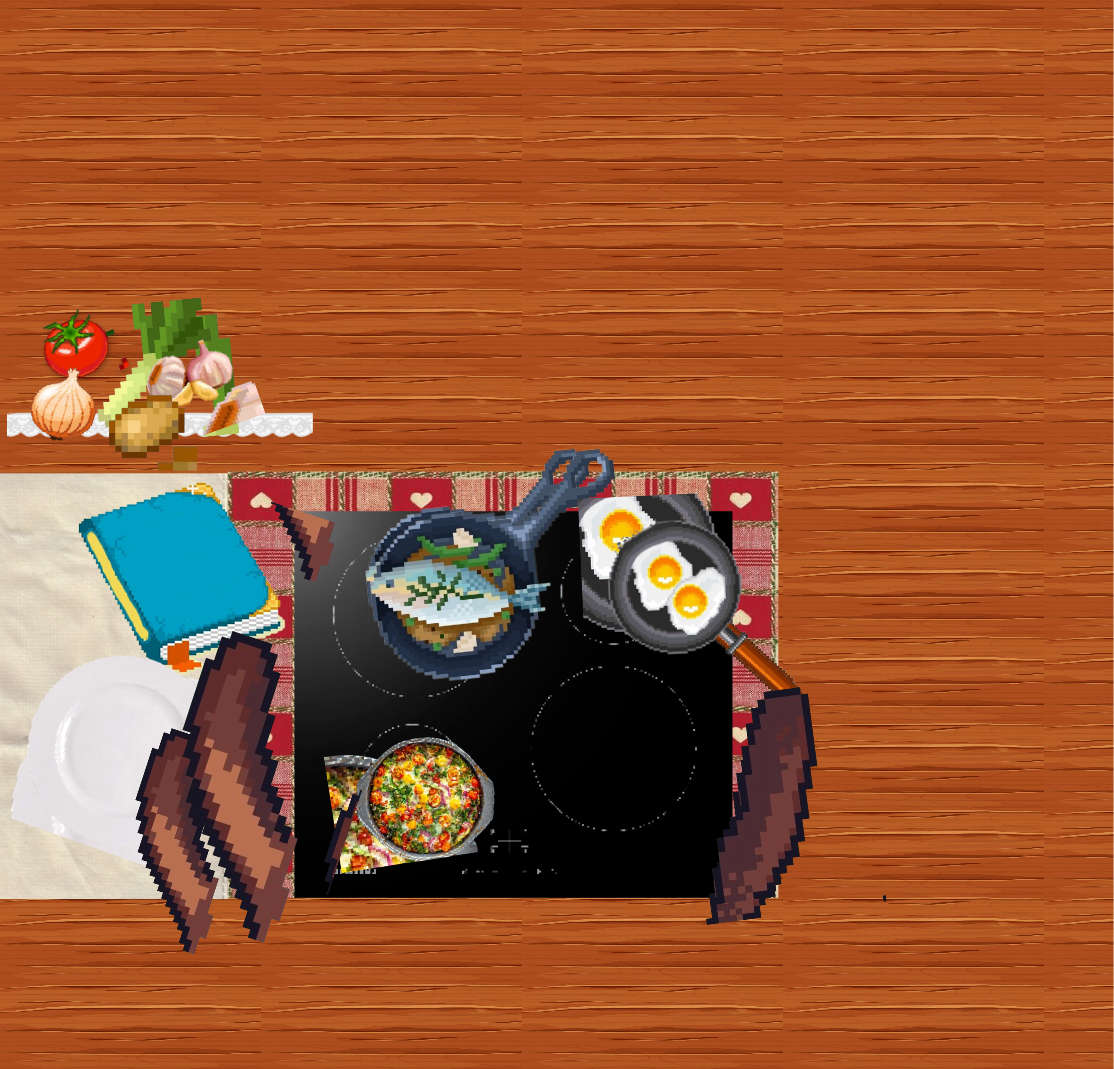
Repository: AJamdonuts/ToddyTalks
Page: playingaround2/pages/chefsujin.html
The author's editor kept a copy of each file at every save. The page is drawn from the files as they stood at one save, then again after the next save.
The browser window is 1280 px wide. The pictures show the whole page, at 87% of full size.

Above is the page before, as saved 2025-11-26 20:26:05.

After the next save:
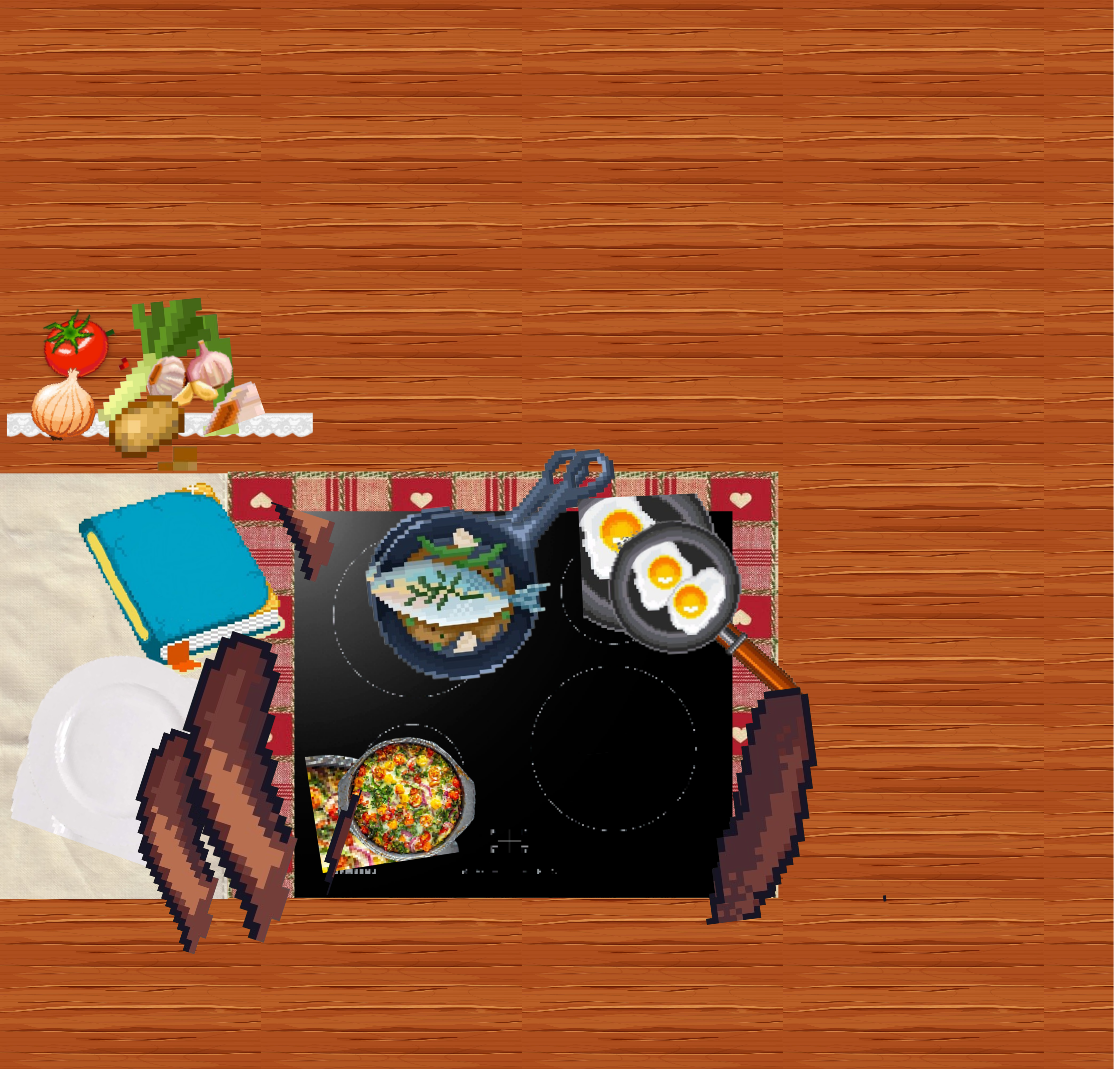
Saved 36 s later.
--- a/playingaround2/styles/chefsujin.css
+++ b/playingaround2/styles/chefsujin.css
@@ -138,7 +138,7 @@ body {
     position: absolute;
     width: 207px;
     height: 310px;
-    left: 580.54px;
+    left: 550px;
     top: 703.1px;
     background: url(pxArt-2-removebg-preview.png);
     transform: rotate(81.24deg);
